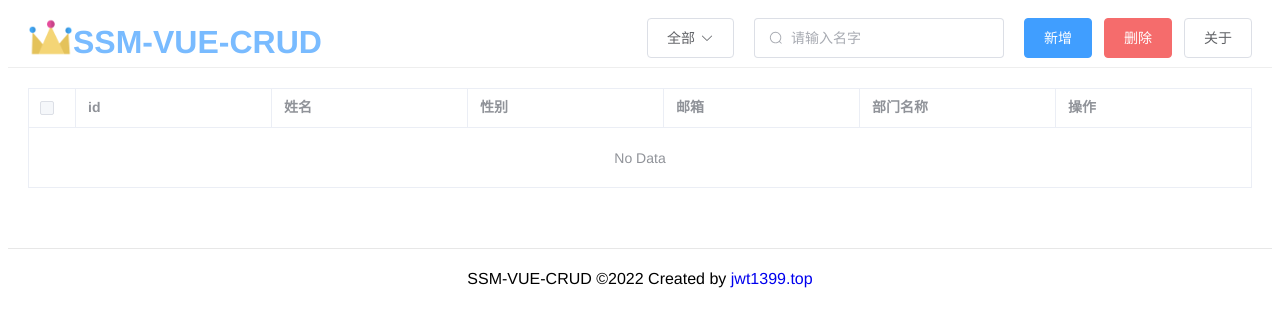
Repository: jwt1399/ssm-vue-crud
Page: / (app in ssm-crud-front/)
The author's editor kept a copy of each file at every save. The page is drawn from the files as they stood at one save, then again after a run of saves.
The browser window is 1280 px wide. The pictures show the whole page.
The page's requests for data from a server got no answer. The project was rebuilt for these pictures with package versions that can differ from the ones it lists, and the page was loaded fresh each time. No one was signed in, and anything a server would have sent is missing. Also part of the build but not shown: ssm-crud-front/vue.config.js.

Above is the page before, as saved 2022-06-09 13:31:12.

After the next 2 saves:
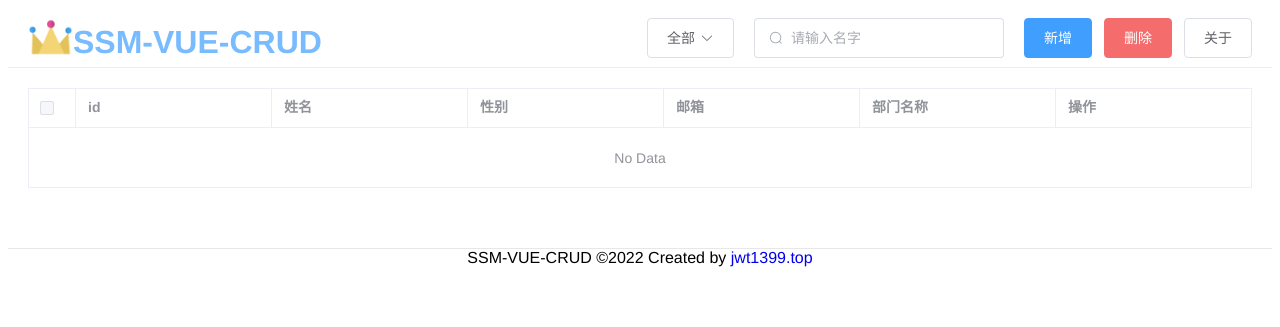
The 2 saves are shown as one change because they came seconds apart.
The last was saved 6 s later.
--- a/ssm-crud-front/src/components/Footer.vue
+++ b/ssm-crud-front/src/components/Footer.vue
@@ -20,8 +20,8 @@
     text-align: center;
     width: 100%;
     /* 垂直居中23-24 */
-    height: 60px;
-    line-height:60px;
+    /* height: 60px; */
+    /* line-height:60px; */
     background-color: #fff;
     border-top:1px solid #E7E7E7;
 

After the save that followed:
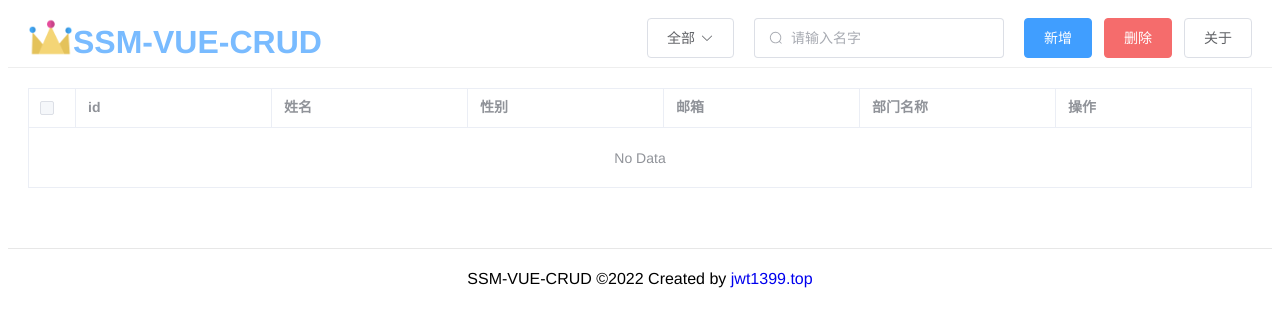
Saved 5 s later.
--- a/ssm-crud-front/src/components/Footer.vue
+++ b/ssm-crud-front/src/components/Footer.vue
@@ -20,8 +20,8 @@
     text-align: center;
     width: 100%;
     /* 垂直居中23-24 */
-    /* height: 60px; */
-    /* line-height:60px; */
+    height: 60px;
+    line-height:60px;
     background-color: #fff;
     border-top:1px solid #E7E7E7;
 
